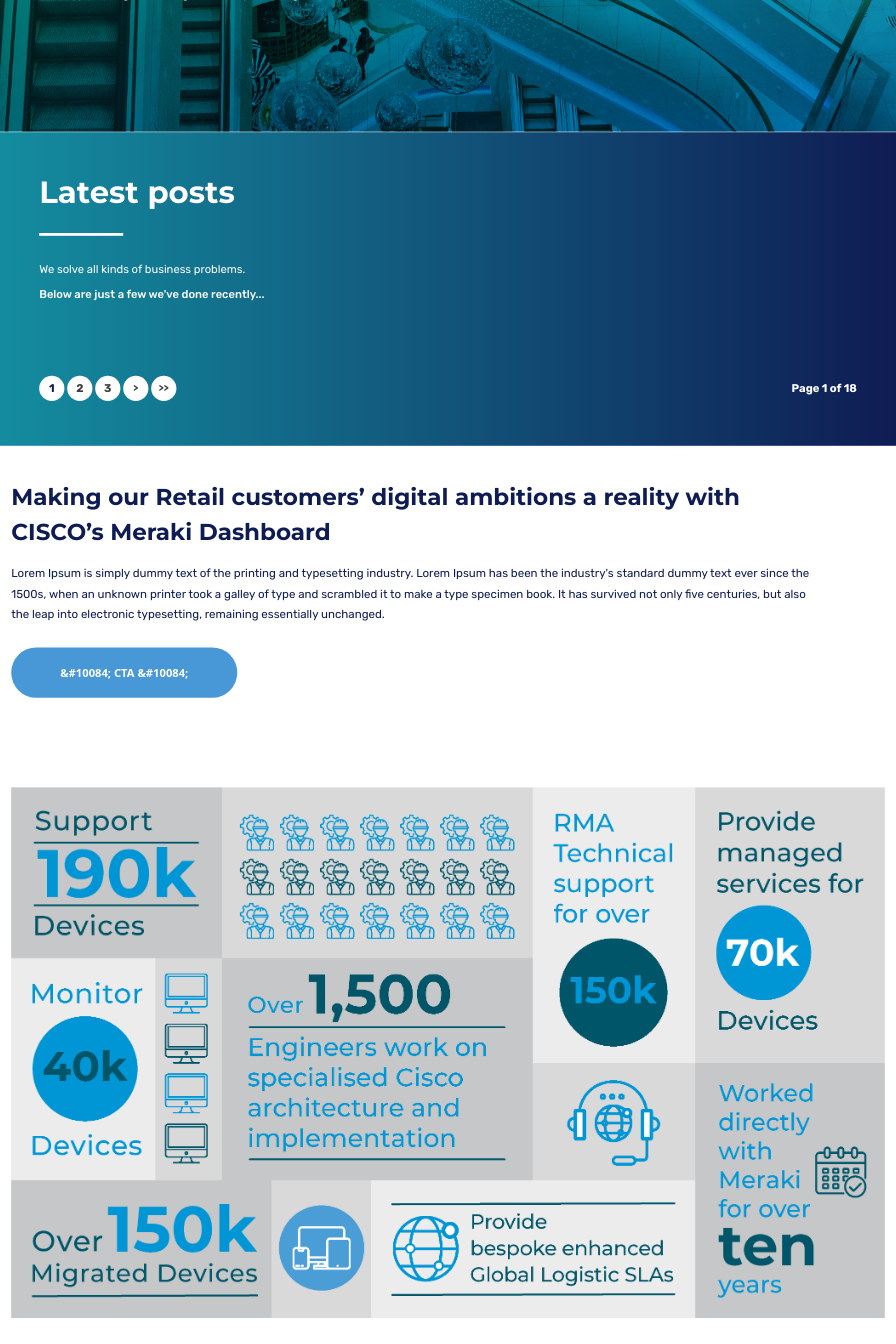
Repository: spaceship9999/ReactIsBack
Page: /
An editor plug-in stored every save of this project. The page is shown before and after a run of saves, followed by the edit.
The browser window is 1280 px wide. The pictures show the part of the page from y = 657 to 2577 px (the page is 2588 px tall), at 70% of full size.
The page's requests for data from a server got no answer. The project was rebuilt for these pictures with package versions that can differ from the ones it lists, and the page was loaded fresh each time. The framework's server and built-in components were replaced by stand-ins that run in the browser. No one was signed in, and anything a server would have sent is missing. Also part of the build but not shown: next.config.js.

Above is the page before, as saved 2023-03-26 22:06:07.

After the next 2 saves:
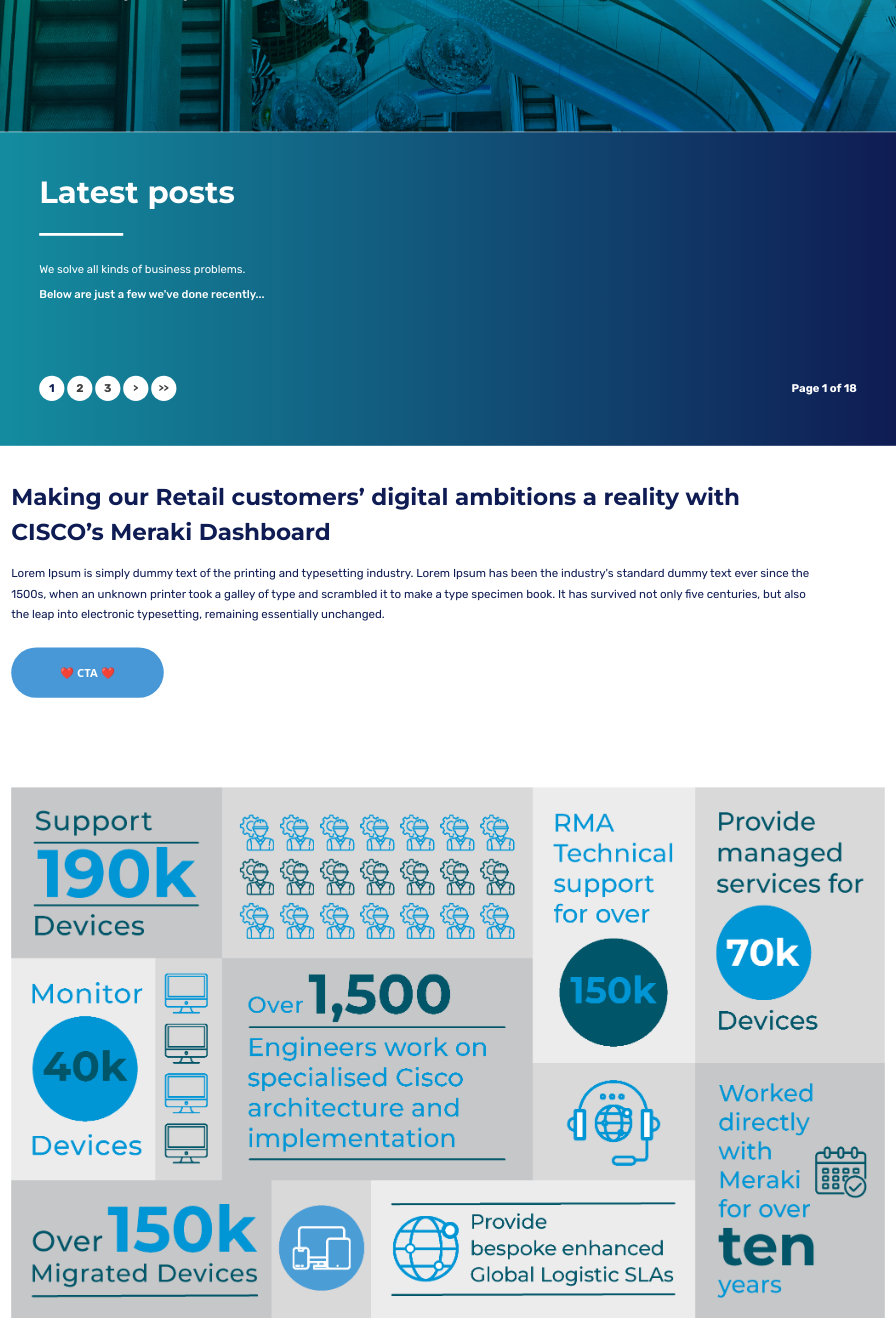
The 2 saves are shown as one change because 1 did not build or start.
The last was saved 76 s later.
--- a/src/app/SingleColumnTextMedia.tsx
+++ b/src/app/SingleColumnTextMedia.tsx
@@ -19,7 +19,8 @@
                     <div className="font-rubik t-20 leading-[1.8] mb-8">{ content }</div>
                     {
                         link && (
-                            <a className="inline-block py-6 px-[70px] text-white bg-light-blue font-bold rounded-full" href={link?.link}>{link.title}</a>
+                            <a className="inline-block py-6 px-[70px] text-white bg-light-blue font-bold rounded-full" href={link?.link}
+                            dangerouslySetInnerHTML={{__html: link.title}}/>
                         )
                     }
                 </div>
